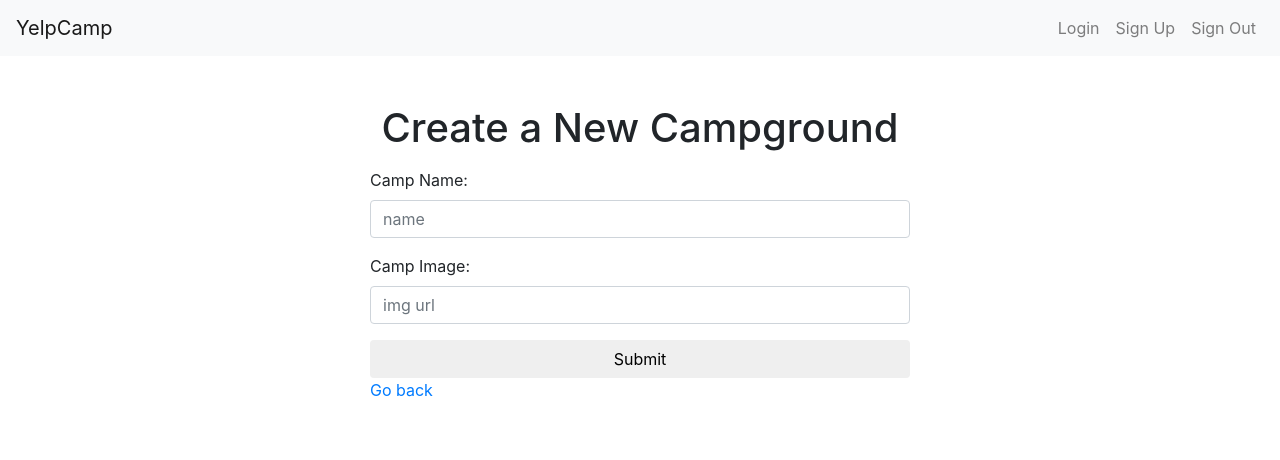
Repository: jbell0385/sandbox
Page: http://localhost/campgrounds/new
The author's editor kept a record of every edit. The page is drawn from the files as they stood at one moment, then again after the next edit.
The browser window is 1280 px wide. The pictures show the whole page.
The page is served by the project's Node server (YelpCamp/v1/app.js).

Above is the page before.

### webdevbootcamp/workspace/YelpCamp/v1/views/new.ejs
<% include partials/header %>

<div class="container">

    <div class="row d-flex flex-row justify-content-center">
        <div class="col-6">
            <h1 class="text-center mb-3">Create a New Campground</h1>

            <form action="/campgrounds" method="POST">
                <div class="form-group">
                    <label for="campName">Camp Name:</label>
                    <input id="campName" class="form-control" type='text' name="name" placeholder='name'>
                </div>
                <div class="form-group">
                    <label for="campImage">Camp Image:</label>
                    <input id="campImage" class="form-control" type="text" name="image" placeholder="img url">
                </div>
                    <button class="btn btn-default btn-block" type="submit" >Submit</button>

            </form>

            <a href="/campgrounds">Go back</a>
        </div>

    </div>


</div>
<% include partials/footer %>

### webdevbootcamp/workspace/YelpCamp/v1/views/partials/header.ejs
<!DOCTYPE html>
<html>
    <head>
        <title>YelpCamp</title>
        <link rel="stylesheet" href="https://maxcdn.bootstrapcdn.com/bootstrap/4.0.0/css/bootstrap.min.css" integrity="sha384-Gn5384xqQ1aoWXA+058RXPxPg6fy4IWvTNh0E263XmFcJlSAwiGgFAW/dAiS6JXm" crossorigin="anonymous">
    </head>
    <body>
    <nav class="navbar navbar-expand-lg navbar-light bg-light mb-5">
      <a class="navbar-brand" href="/">YelpCamp</a>
      <button class="navbar-toggler" type="button" data-toggle="collapse" data-target="#navbarSupportedContent" aria-controls="navbarSupportedContent" aria-expanded="false" aria-label="Toggle navigation">
        <span class="navbar-toggler-icon"></span>
      </button>

      <div class="collapse navbar-collapse" id="navbarSupportedContent">
        <ul class="navbar-nav ml-auto">
          <li class="nav-item">
            <a class="nav-link" href="/">Login</a>
          </li>
          <li class="nav-item">
            <a class="nav-link" href="/">Sign Up</a>
          </li>
          <li class="nav-item">
            <a class="nav-link" href="/">Sign Out</a>
          </li>
      </div>
    </nav>

### webdevbootcamp/workspace/YelpCamp/v1/views/partials/footer.ejs



    </body>
</html>

### webdevbootcamp/workspace/YelpCamp/v1/app.js
var express = require("express");
var app = express();
var bodyParser = require("body-parser");

app.use(bodyParser.urlencoded({extended:true}))
app.set('view engine',"ejs");


var campgrounds = [
        {name:"Salmon Creek", image:"http://haulihuvila.com/wp-content/uploads/2012/09/hauli-huvila-campgrounds-lg.jpg"},
        {name:"Big Bear",image:"http://www.chippewalanding.com/images/sized%20280/campgrounds-campsite.jpg"},
        {name:"Little Bear",image:"https://www.fs.usda.gov/Internet/FSE_MEDIA/stelprdb5306226.jpg"}
    ]

app.get("/",(req,res)=>{
    res.render("landing");
})

app.get("/campgrounds", (req,res)=>{

    res.render("campgrounds",{campgrounds:campgrounds});
})

app.post("/campgrounds", (req,res)=>{
    //get data from form and add to campgrounds array
    var name = req.body.name;
    var image = req.body.image;
    var newCampground = {name:name, image:image};
    campgrounds.push(newCampground);
    //redirect back to campgrounds page
    res.redirect("/campgrounds");
})

app.get("/campgrounds/new",(req,res)=>{
    res.render("new.ejs");
})

app.listen(process.env.PORT, process.env.IP, function(){
    console.log("Yelp Camp Server has started");
})

After the next edit:
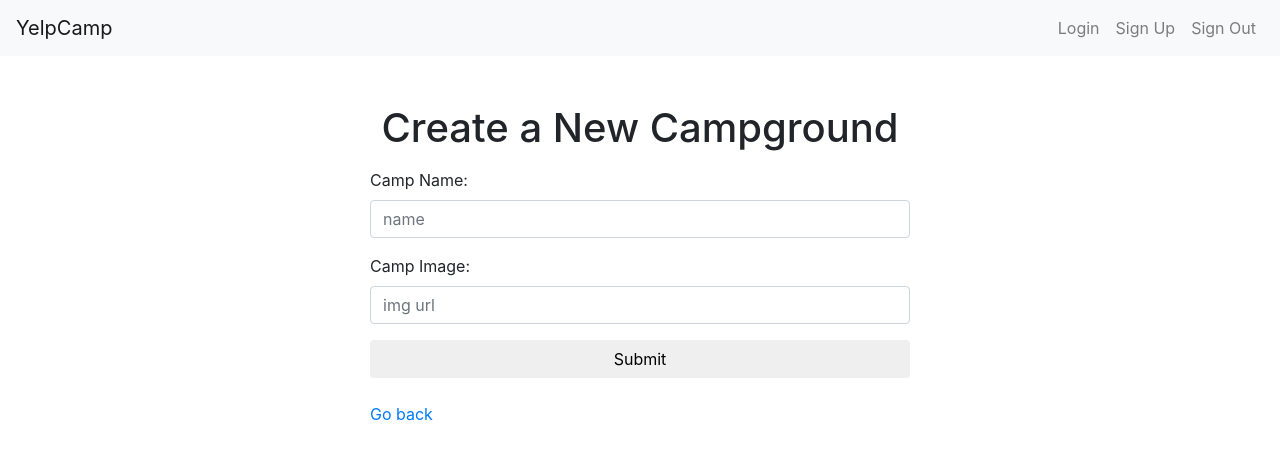
The edit:
--- a/webdevbootcamp/workspace/YelpCamp/v1/views/new.ejs
+++ b/webdevbootcamp/workspace/YelpCamp/v1/views/new.ejs
@@ -6,7 +6,7 @@
         <div class="col-6">
             <h1 class="text-center mb-3">Create a New Campground</h1>
 
-            <form action="/campgrounds" method="POST">
+            <form action="/campgrounds" method="POST" class="mb-4">
                 <div class="form-group">
                     <label for="campName">Camp Name:</label>
                     <input id="campName" class="form-control" type='text' name="name" placeholder='name'>
